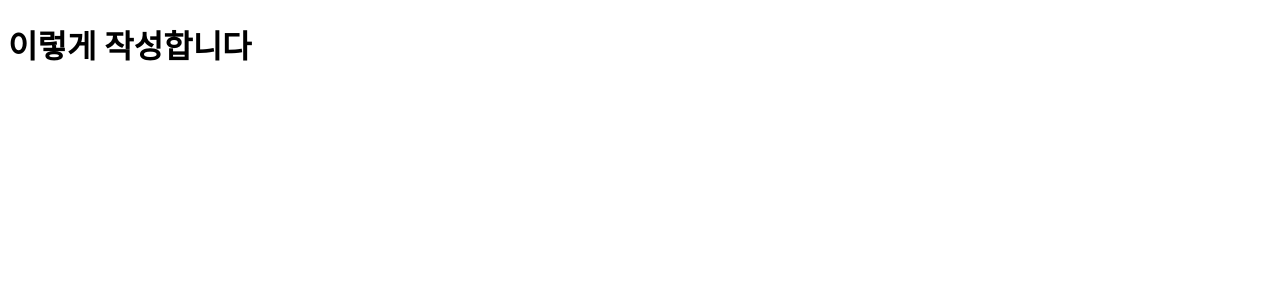
Repository: MySunTY/JSP
Page: http://localhost/JSP01/
The author's editor kept a copy of each file at every save. The page is drawn from the files as they stood at one save, then again after the next save.
The browser window is 1280 px wide. The pictures show the whole page.
The page is served by Tomcat 9.

Above is the page before, as saved 2024-05-09 06:01:30.

### JSP01/src/main/webapp/index.jsp
<%@ page language="java" contentType="text/html; charset=UTF-8"
    pageEncoding="UTF-8"%>

<%
	out.print("<!doctype html>");
	out.print("<html>");
	out.print("<head>");
	out.print("<meta charset='utf-8'>");
	out.print("<title>원래는 이런모양</title>");

	out.print("</head>");
	out.print("<body>");
	out.print("<h1>이렇게 작성합니다</h1>");


	out.print("</body>");




	out.print("</html>");








%>

After the next save:
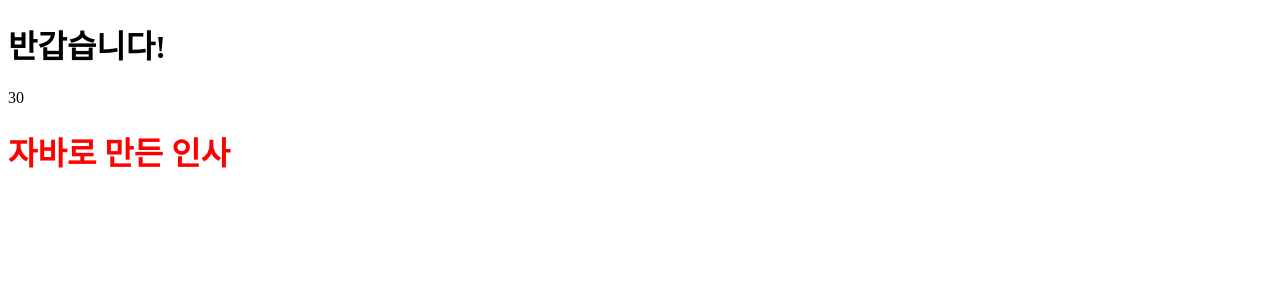
Saved 16 min 22 s later.
--- a/JSP01/src/main/webapp/index.jsp
+++ b/JSP01/src/main/webapp/index.jsp
@@ -1,30 +1,21 @@
 <%@ page language="java" contentType="text/html; charset=UTF-8"
     pageEncoding="UTF-8"%>
-
-<%
-	out.print("<!doctype html>");
-	out.print("<html>");
-	out.print("<head>");
-	out.print("<meta charset='utf-8'>");
-	out.print("<title>원래는 이런모양</title>");
-
-	out.print("</head>");
-	out.print("<body>");
-	out.print("<h1>이렇게 작성합니다</h1>");
-
-
-	out.print("</body>");
-
-
-
-
-	out.print("</html>");
-
-
-
-
-
-
-
-
-%>
+<!DOCTYPE html>
+<html>
+	<head>
+		<meta charset="UTF-8">
+		<title>첫번째 JSP</title>
+	</head>
+	<body>
+		<%
+			int a=10;
+			int b=20;
+			int result = a+b;
+		%>
+		<h1>반갑습니다!</h1>
+		<% out.print(result); %>
+		<% String str = "자바로 만든 인사"; %>
+		<h1 style="color:red"><% out.print(str); %></h1>
+		<!-- 127.0.0.1:8080/JSP01 -->
+	</body>
+</html>
